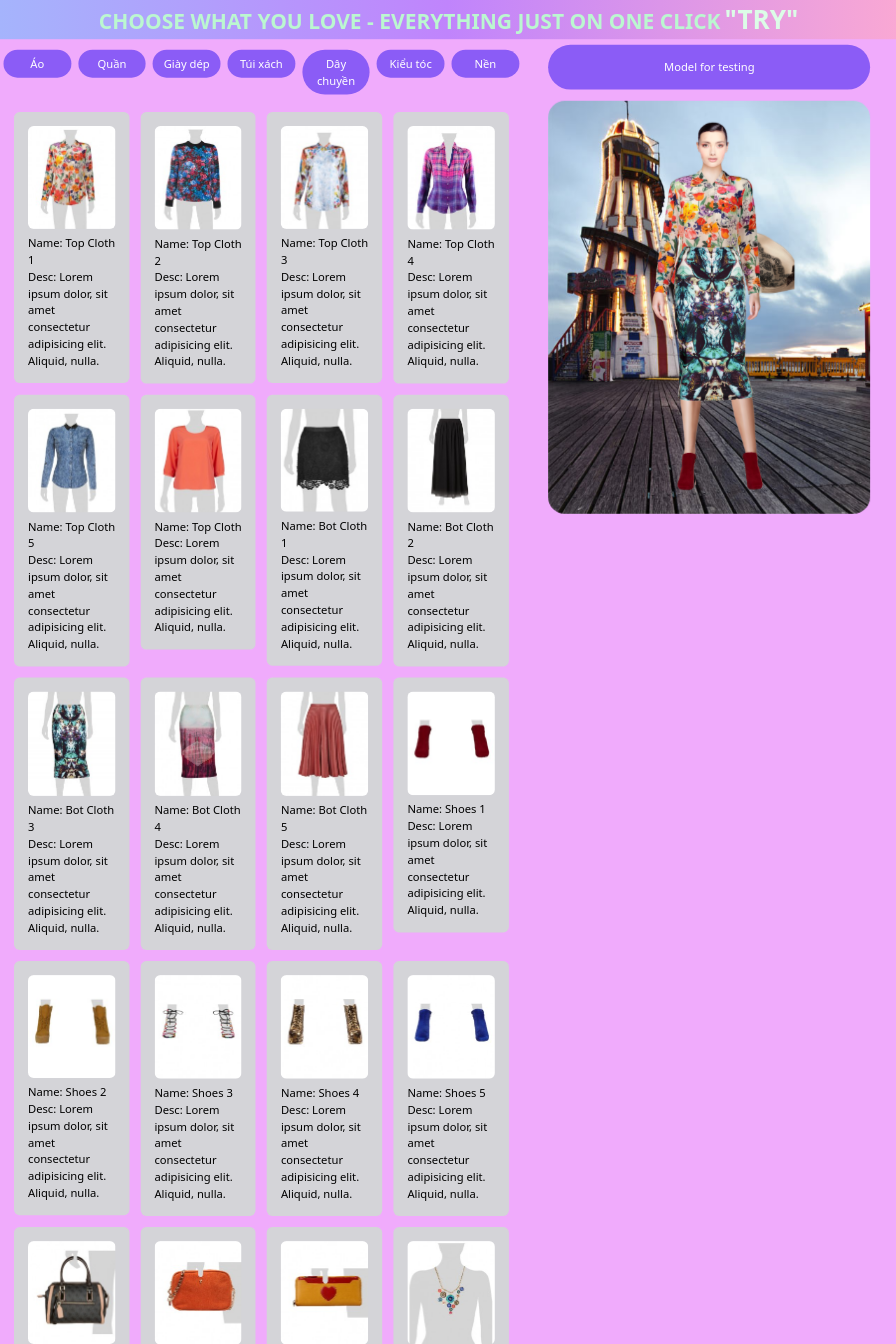
Repository: NguyenVietPhuQuy/ReactJs-TailWind-Redux-FunctionHook-ModelDesign
Page: / (app in modeldesign/)
An editor plug-in stored every save of this project. The page is shown before and after a run of saves, followed by the edit.
The browser window is 1280 px wide. The pictures show the part of the page from y = 0 to 1920 px (the page is 3468 px tall before and 972 px after), at 70% of full size.
The project was rebuilt for these pictures with package versions that can differ from the ones it lists, and the page was loaded fresh each time. Also part of the build but not shown: modeldesign/src/App.css.

Above is the page before, as saved 2022-11-17 17:34:36.

After the next 2 saves:
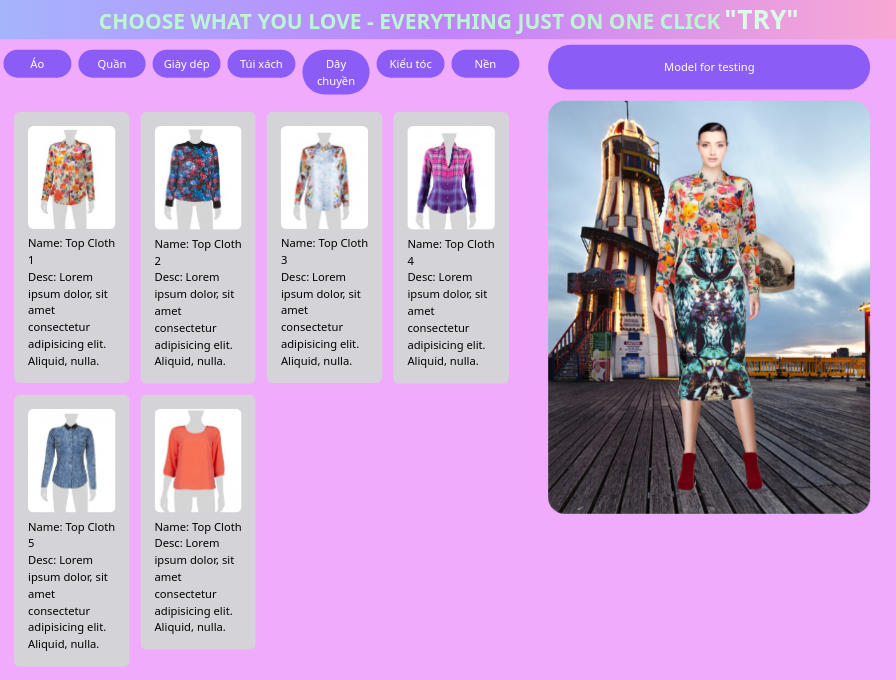
The 2 saves are shown as one change because they came seconds apart.
The last was saved 17 s later.
--- a/modeldesign/src/Components/ProductList.js
+++ b/modeldesign/src/Components/ProductList.js
@@ -5,10 +5,9 @@ function ProductList() {
     const productList = useSelector(state => state.products.product)
     const returnIsSelected = useSelector (state=>state.categories.isChangeCategory)
     const CategorySelected = productList.filter(value=> value.type === returnIsSelected)
-    console.log(CategorySelected)
     return (
         <div className="grid grid-cols-4 gap-4 m-5 text-left">
-            {productList.map(item => {
+            {CategorySelected.map(item => {
                 return (
                     <div key={item.name}>
                         <ProductItem items={item}/>
